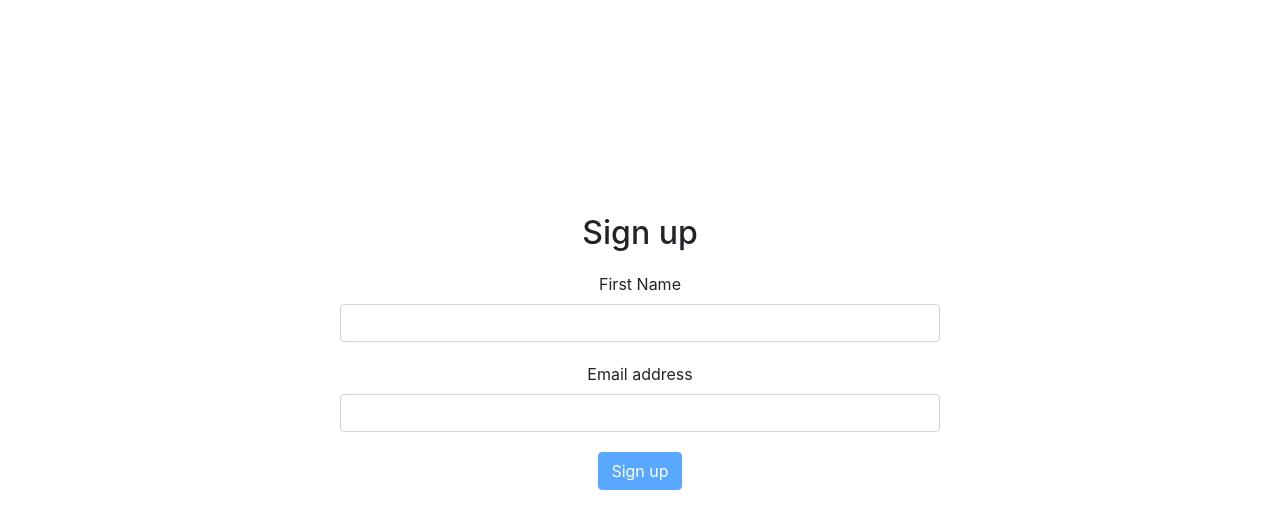
Repository: jklodge/react-form
Page: / (app in adzuna-form/)
The author's editor kept a copy of each file at every save. The page is drawn from the files as they stood at one save, then again after the next save.
The browser window is 1280 px wide. The pictures show the whole page.
The project was rebuilt for these pictures with package versions that can differ from the ones it lists, and the page was loaded fresh each time.

Above is the page before, as saved 2020-01-08 23:10:10.

After the next save:
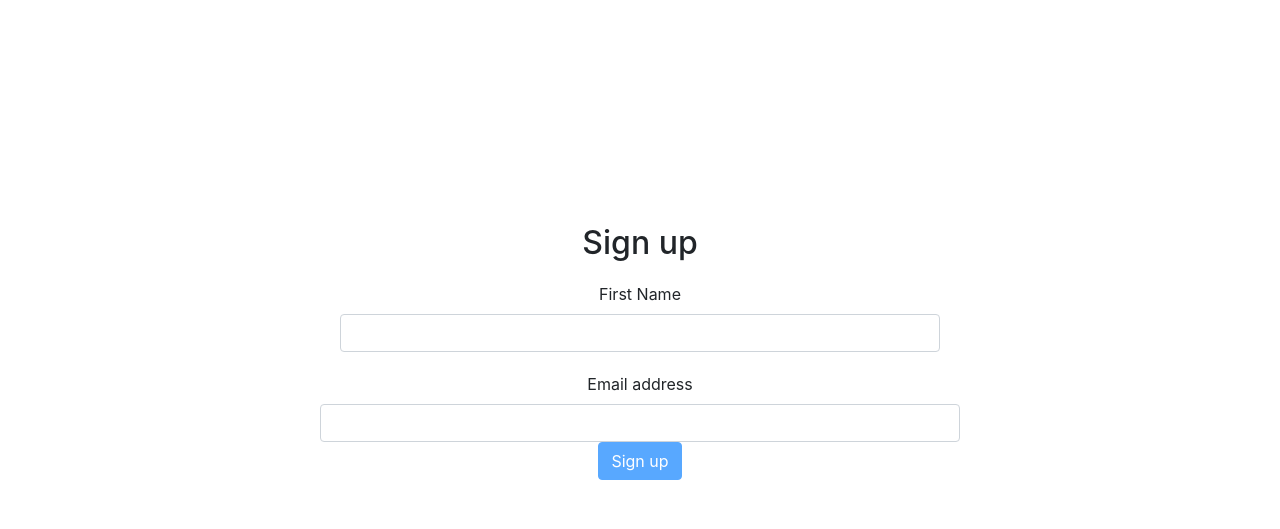
Saved 27 s later.
--- a/adzuna-form/src/Components/Form.js
+++ b/adzuna-form/src/Components/Form.js
@@ -82,7 +82,7 @@ class Form extends Component {
             />
           </div>
           <div
-            className={`form
+            className={`
                  ${this.errorClass(this.state.errorValidation.email)}`}
           >
             <label htmlFor="email">Email address</label>
